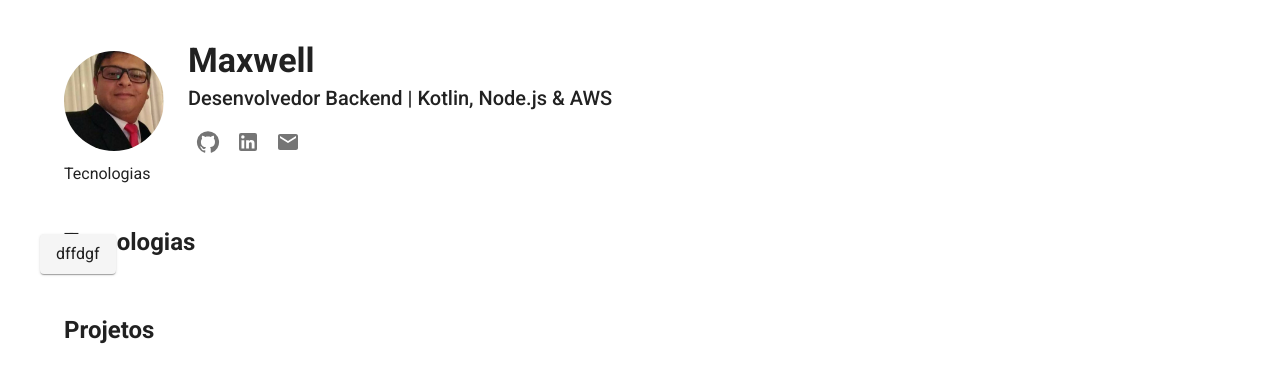
Repository: maxwelllbarboza/pagina-pessoal
Page: /
These files come from the project's save history. The page is drawn as it stood at one moment and after the next save; the edit follows.
The browser window is 1280 px wide. The pictures show the whole page.
The project was rebuilt for these pictures with package versions that can differ from the ones it lists, and the page was loaded fresh each time. The framework's server and built-in components were replaced by stand-ins that run in the browser. Also part of the build but not shown: next.config.mjs, next.config.ts.

Above is the page before, as saved 2025-02-27 09:26:51.

After the next save:
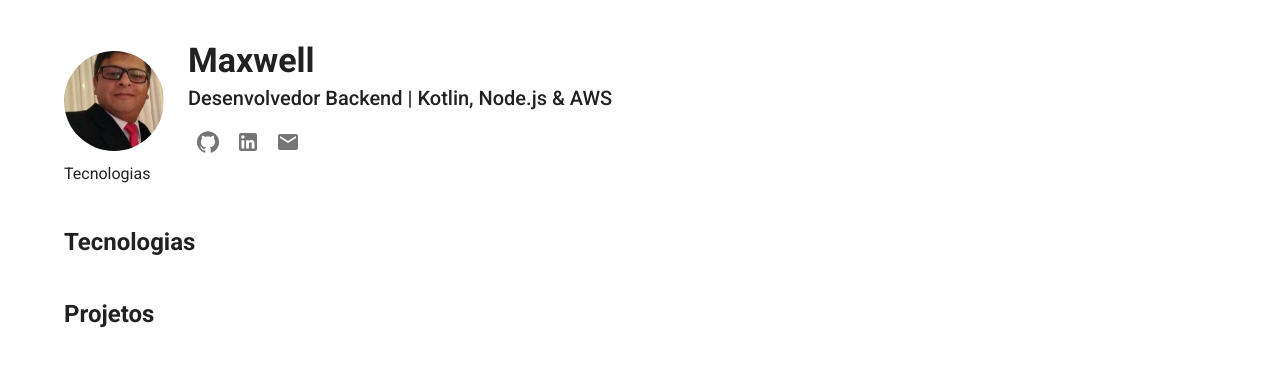
Saved 14 s later.
--- a/src/app/page.tsx
+++ b/src/app/page.tsx
@@ -31,7 +31,7 @@ export default function Home() {
     Tecnologias
     <Typography variant="h5" mt={5} fontWeight="bold">Tecnologias</Typography>
 
-    <Box sx={{ flexGrow: 1 }}>
+    {/* <Box sx={{ flexGrow: 1 }}>
       <Grid container spacing={{ xs: 2, md:3 }} columns={{ xs: 4, sm: 8, md: 12 }}>
         <Grid size={{ xs: 2, sm: 4, md: 4 }}>
           <Card sx={{ px: 2, py: 1, textAlign: 'center', backgroundColor: '#f5f5f5' }}>
@@ -39,7 +39,7 @@ export default function Home() {
           </Card>
         </Grid>
       </Grid>
-    </Box>
+    </Box> */}
 
 
     {/* Projetos */}
